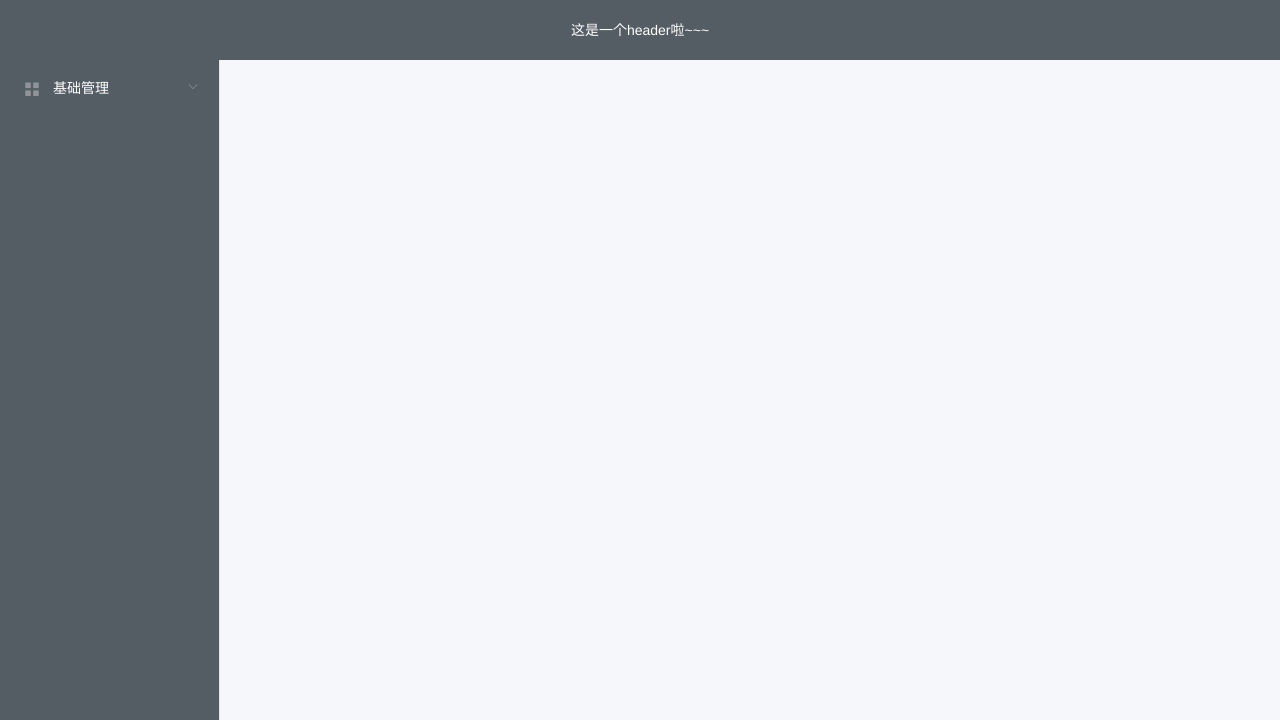
Repository: KTDefTnT/node_front_admin
Page: /#/
The author's editor kept a copy of each file at every save. The page is drawn from the files as they stood at one save, then again after the next save.
The browser window is 1280 px wide. The pictures show the whole page.
The project was rebuilt for these pictures with package versions that can differ from the ones it lists, and the page was loaded fresh each time. Also part of the build but not shown: vue.config.js.

Above is the page before, as saved 2020-06-29 14:34:36.

### src/main.ts
import Vue from 'vue'
import App from './App.vue'
import router from './router'
import store from './store'
import './plugins/element.js'
import './assets/scss/reset.scss'
import './assets/scss/theme_reset.scss'

Vue.config.productionTip = false
Vue.use(router); // 使用路由
console.log('main', router);

new Vue({
  router: router.router.instance,
  store,
  render: h => h(App)
}).$mount('#app')

### src/App.vue
<template>
  <div id="app">
    <router-view></router-view>
  </div>
</template>

<script>

export default {
  name: 'app'
}
</script>

<style>
#app {
  font-family: 'Avenir', Helvetica, Arial, sans-serif;
  -webkit-font-smoothing: antialiased;
  -moz-osx-font-smoothing: grayscale;
  text-align: center;
  color: #2c3e50;
}
</style>

### src/router/index.ts
// import Vue from 'vue'
import routes from './routes.config'
import VueRouter from 'vue-router'

const router: any = {
  instance: ''
};
function initRouter (Vue: any) {
  Vue.use(VueRouter);
  // 创建 router 实例
  router.instance = new VueRouter({
    mode: 'hash',
    base: process.env.BASE_URL,
    routes
  });

  console.log('router', router);
}

const install = function (Vue: any): any {
  /* istanbul ignore if */
  if (install.installed) return;
  initRouter(Vue);// 执行初始化路由
};

/* istanbul ignore if */
if (typeof window !== 'undefined' && window.Vue) {
  install(window.Vue);
}

export default {
  install,
  router
}

### src/assets/scss/reset.scss
* {
  box-sizing: border-box;
  font-family: "helvetica neue", tahoma, Helvetica, "PingFang SC", "Hiragino Sans GB", "Microsoft YaHei", "微软雅黑",
    arial, "hiragino sans gb", sans-serif;
  margin: 0px;
  padding: 0px;
}

body {
  font-size: 14px;
  color: #333;
  line-height: 1.42857143;
  background: #f5f7fa;
}

a {
  color: #fff;
  text-decoration: none;
}

### src/assets/scss/theme_reset.scss
.el-menu {
  text-align: left;
  .el-submenu__title {
    text-align: left;
  }
  .el-menu-item {
    padding-left: 50px !important;
    a {
      display: inline-block;
      width: 100%;
      height: 50px;
      color: #fff;
      &.router-link-active {
        color: #ffd04b;
      }
    }
  }
}

### src/router/routes.config.ts
import { RouteConfig } from 'vue-router'
const routes: Array<RouteConfig> = [{
  path: '/',
  name: 'admin',
  component: () => import('../main.vue'),
  children: [
    {
      path: 'home',
      name: 'admin.home',
      component: () => import('../views/Home.vue')
    },
    {
      path: 'about',
      name: 'admin.about',
      component: () => import('../views/About.vue')
    }
  ]
}];

export default routes;

### src/main.vue
<template>
  <div>
    <Header />
    <layout>
      <router-view slot="right"></router-view>
    </layout>
  </div>
</template>

<script lang="ts">
  import layout from './layout.vue'
  import Header from 'components/Header';
  import Vue from 'vue'

  export default Vue.extend({
    components: {
      layout,
      Header
    }
  })
</script>

<style scoped>

</style>

### src/layout.vue
<template>
  <div class="layout">
    <el-menu class="layout-left" :default-active="activeIndex" background-color="#545c64"
      text-color="#fff"
      active-text-color="#ffd04b">
      <el-submenu v-for="item in menus" :key="item.router" index="1">
        <template slot="title">
          <i class="el-icon-menu"></i>
          {{ item.desc }}
        </template>
        <el-menu-item v-for="subItem in item.children" :key="subItem.router" index="index">
          <router-link :to="subItem.router">{{ subItem.desc }}</router-link>
        </el-menu-item>
      </el-submenu>
    </el-menu>
    <div class="layout-right">
      <slot name="right" />
    </div>
  </div>
</template>


<script lang="ts">
import { Component, Vue } from 'vue-property-decorator';
import { Menus } from './core/menus';

@Component
export default class HelloWorld extends Vue {
  activeIndex = '1';
  menus: Array<object> = Menus;
}
</script>

<style lang="scss" scoped>
.layout {
  display: flex;
  flex-direction: row;
  height: calc(100vh - 60px);
  .layout-left {
    flex-basis: 220px;
  }

  .layout-right {
    flex: 1;
  }
}

</style>

### src/components/Header.vue
<template>
  <div class="header-contianer">
    <div class="header-content">
      这是一个header啦~~~
    </div>
  </div>
</template>

<script lang="ts">
  import { Component, Prop, Vue } from 'vue-property-decorator';

  @Component
  export default class Header extends Vue {
    @Prop() private msg!: string;
  }
</script>

<style lang="scss" scoped>
  .header-contianer {
    width: 100%;
    height: 60px;
    line-height: 60px;
    background: #545c64;
    .header-content {
      width: 1200px;
      margin: 0 auto;
      color: #fff;
    }
  }
</style>

### src/core/menus.ts
const Menus: Array<object> = [
  {
    desc: '基础管理',
    children: [
      {
        desc: '首页',
        router: '/home',
        name: 'admin.home'
      }, {
        desc: 'about',
        router: '/about',
        name: 'admin.about'
      }
    ]
  }
];

export {
  Menus
};

Loaded but not shown: public/index.html (common file); src/store/index.ts (common file); src/plugins/element.js (common file)

After the next save:
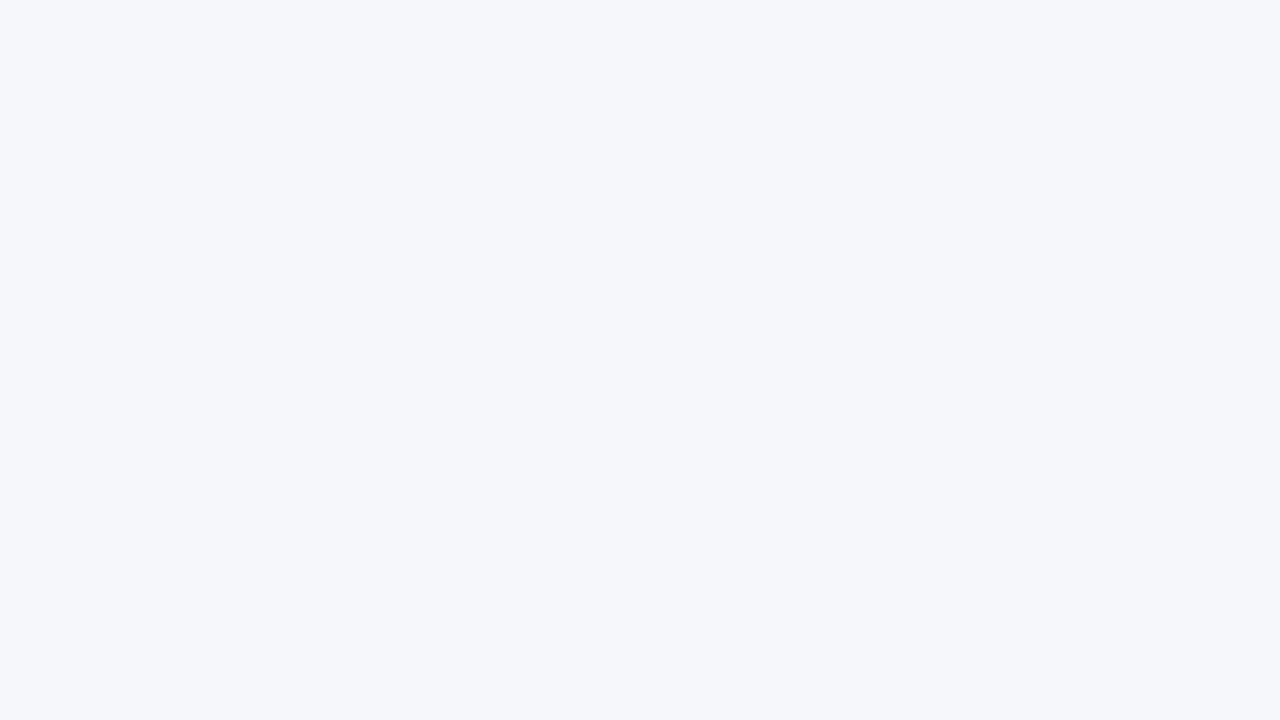
Saved 6 min 11 s later.
--- a/src/router/index.ts
+++ b/src/router/index.ts
@@ -14,7 +14,14 @@
     routes
   });
 
-  console.log('router', router);
+  router.instance.beforeEach((to, from, next) => {
+    // 判断是否存在需要授权的路由
+    if (to.matched) {
+      next({name: 'admin.about'});
+    } else {
+      next({name: 'admin.home'});
+    }
+  });
 }
 
 const install = function (Vue: any): any {

After the 2 saves that followed:
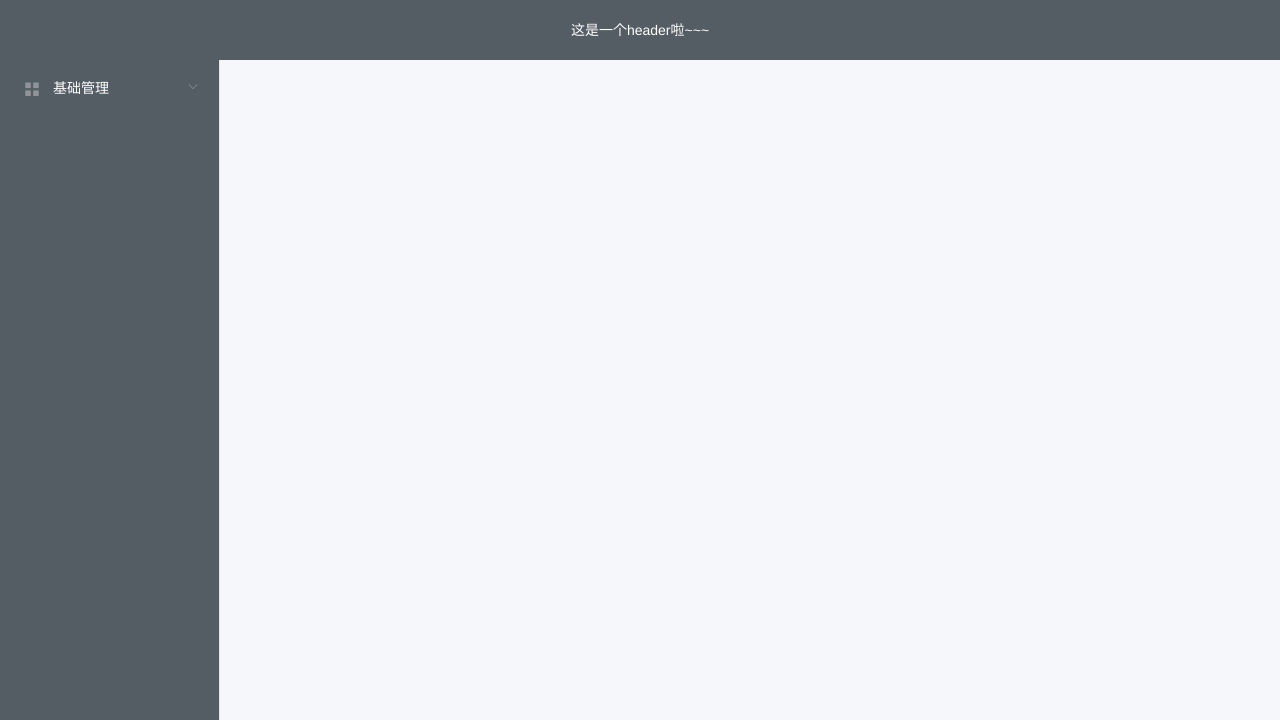
The 2 saves are shown as one change because 1 left the picture as it was.
The last was saved 118 s later.
--- a/src/router/index.ts
+++ b/src/router/index.ts
@@ -14,14 +14,15 @@
     routes
   });
 
-  router.instance.beforeEach((to, from, next) => {
-    // 判断是否存在需要授权的路由
-    if (to.matched) {
-      next({name: 'admin.about'});
-    } else {
-      next({name: 'admin.home'});
-    }
-  });
+  // router.instance.beforeEach((to, from, next) => {
+  //   // 判断是否存在需要授权的路由
+  //   if (to.matched) {
+  //     next({name: 'admin.about'});
+  //   } else {
+  //     next({name: 'admin.home'});
+  //   }
+  //   next();
+  // });
 }
 
 const install = function (Vue: any): any {
